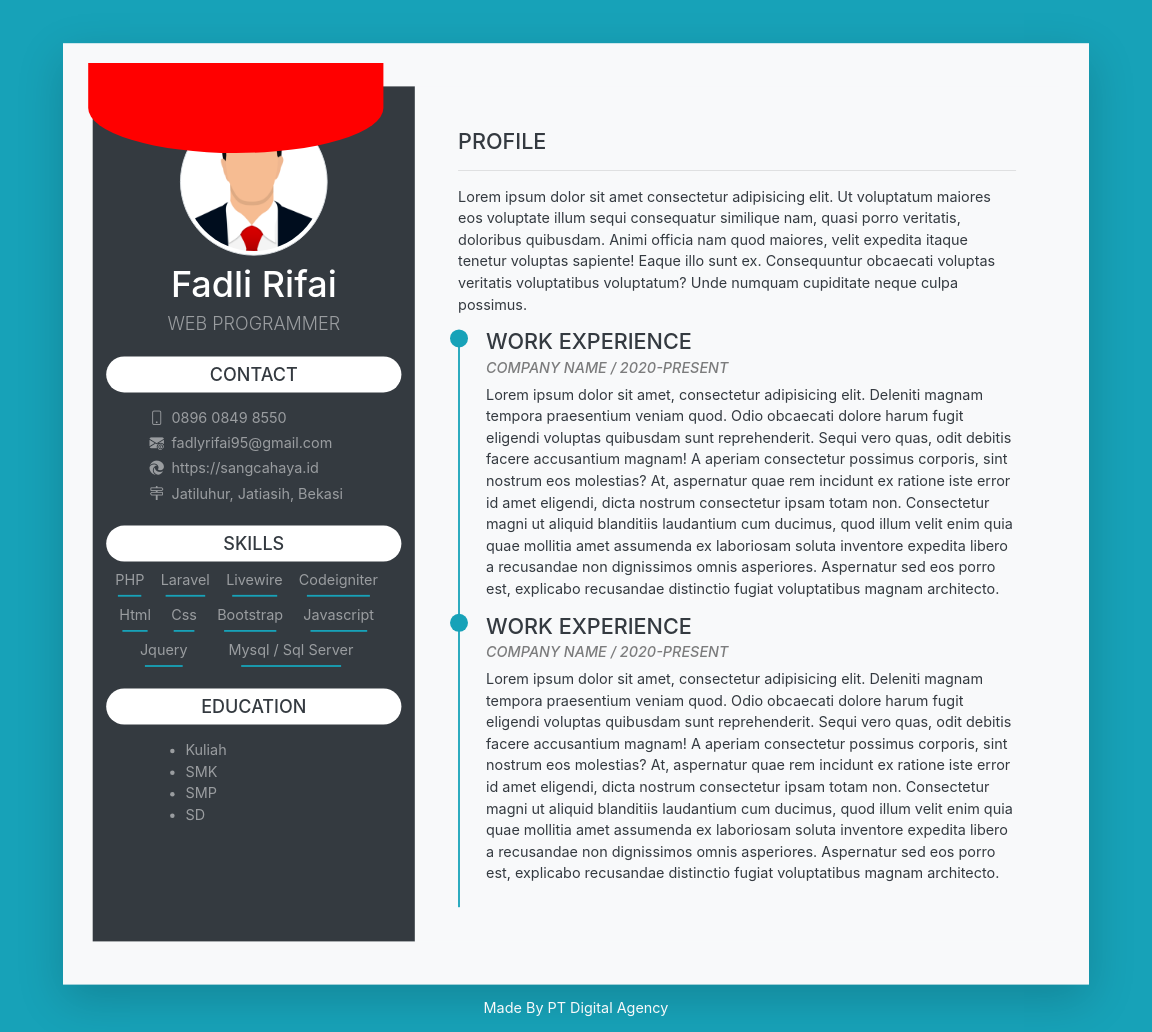
Repository: fadlyyy/fadlyyy.github.io
Page: index.html
An editor plug-in stored every save of this project. The page is shown before and after the next save, followed by the edit.
The browser window is 1280 px wide. The pictures show the whole page, at 90% of full size.

Above is the page before, as saved 2024-01-31 08:52:23.

After the next save:
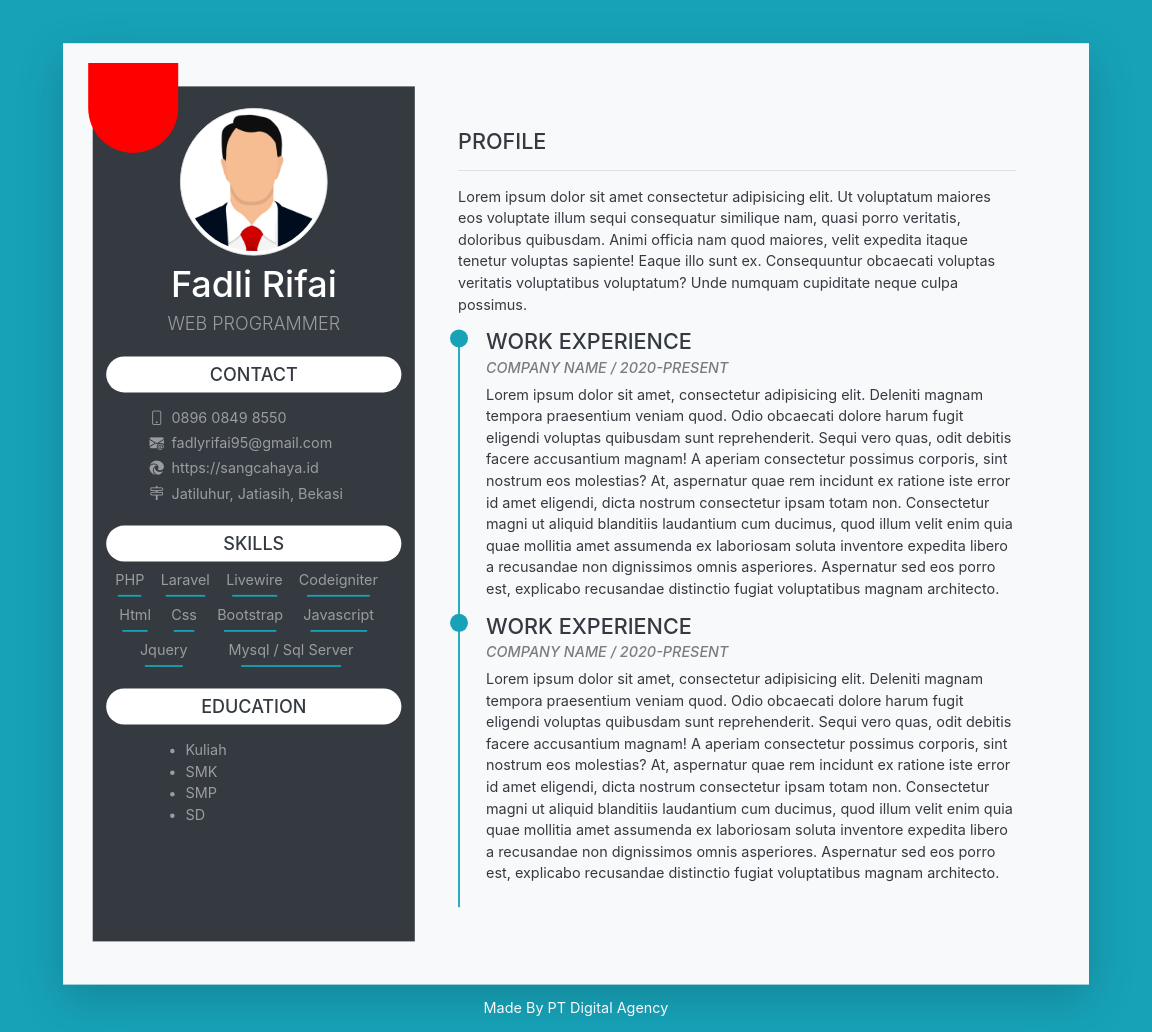
Saved 7 s later.
--- a/style.css
+++ b/style.css
@@ -8,7 +8,7 @@
 }
 
 .header-left .kotak-image {
-    width: 100%;
+    width: 100px;
     height: 100px;
     /* border-radius: 50%; */
     background-color: red;
